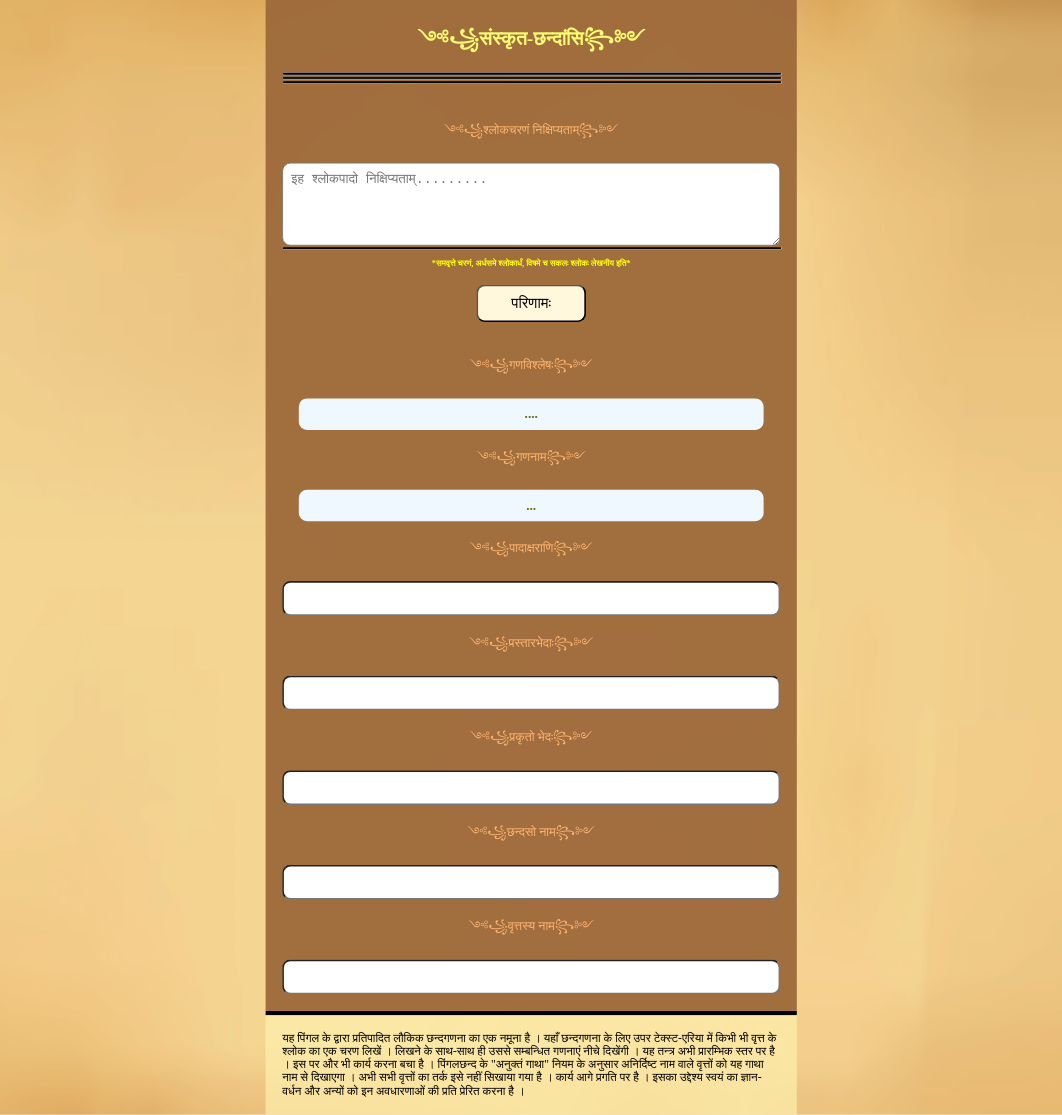
Repository: arshavak/pingala_chhand_shastram
Page: index.html
These files come from the project's save history. The page is drawn as it stood at one moment and after the next save; the edit follows.
The browser window is 1280 px wide. The pictures show the whole page, at 83% of full size.

Above is the page before, as saved 2024-10-20 17:07:58.

After the next save:
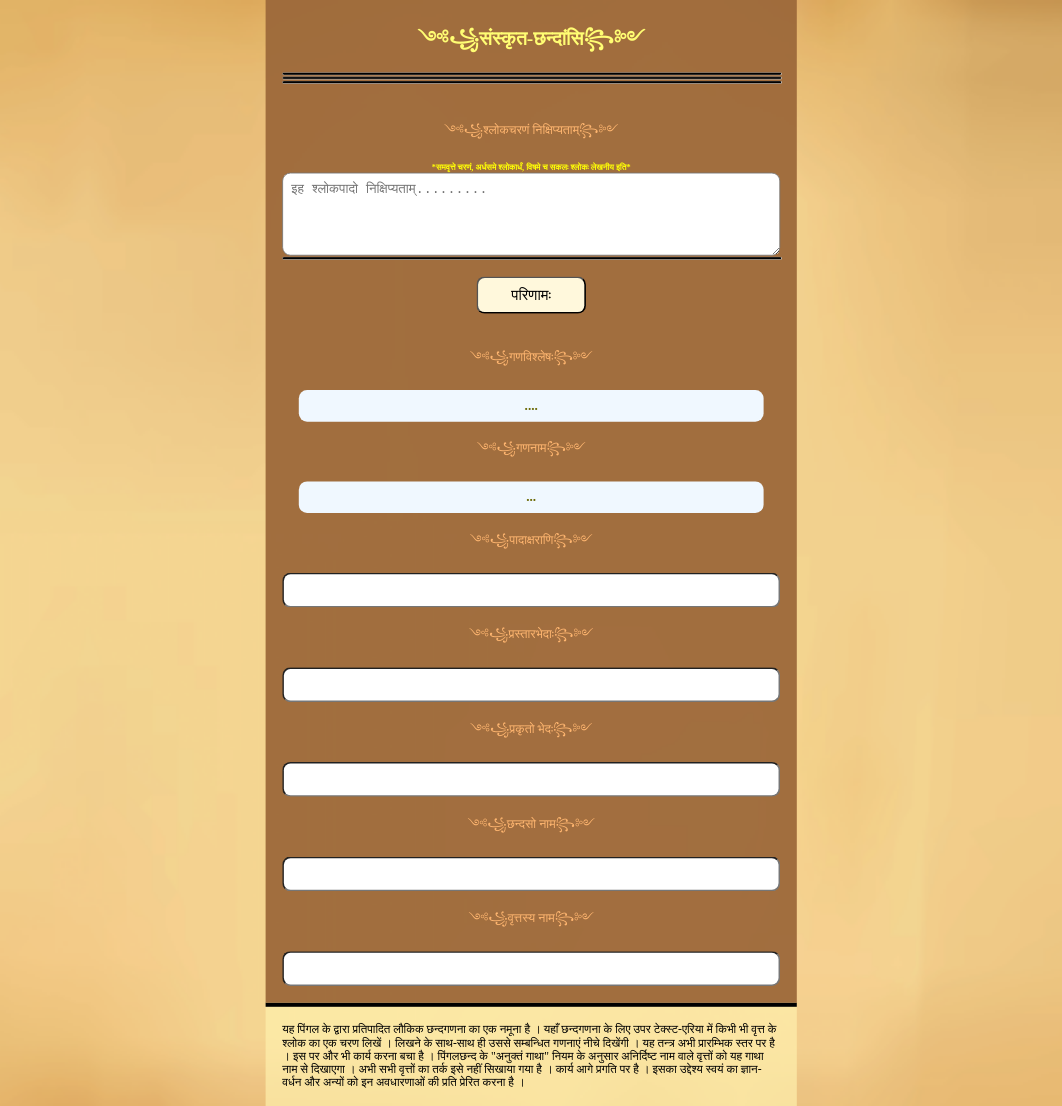
Saved 34 s later.
--- a/index.html
+++ b/index.html
@@ -13,11 +13,11 @@
 </h3>
 <hr><hr><hr><br>
 <label for="h3">༺꧁श्लोकचरणं निक्षिप्यताम्꧂༻</label>
-
+<b id="note">*समवृत्ते चरणं, अर्धसमे श्लोकार्धं, विषमे च सकलः श्लोकः लेखनीय इति*</b>
 <textarea placeholder="इह श्लोकपादो निक्षिप्यताम्.........
 " id="inp" onkeyup="lagabodhakam();"></textarea>
 <hr>
-<b id="note">*समवृत्ते चरणं, अर्धसमे श्लोकार्धं, विषमे च सकलः श्लोकः लेखनीय इति*</b>
+
 <button id="btn" onclick="lagabodhakam()">परिणामः</button>
 <label>༺꧁गणविश्लेषः꧂༻</label>
 <h4 id="SI_vichched">....</h4>
